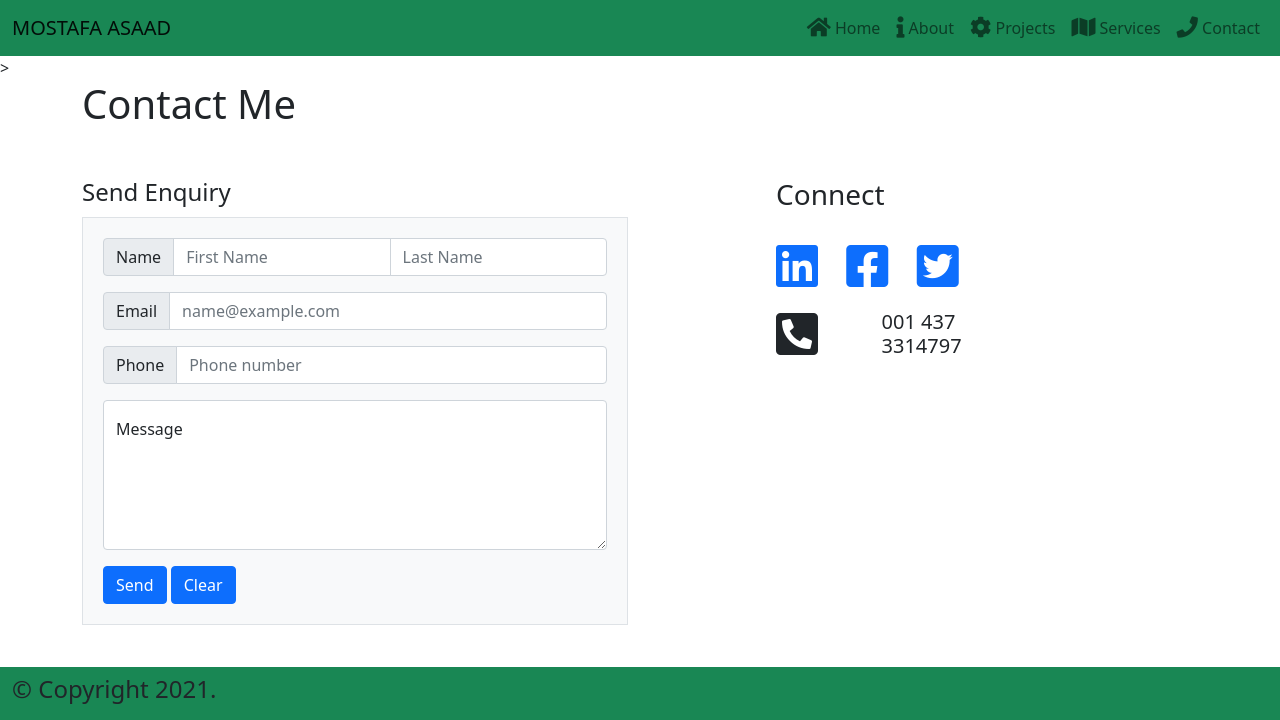
Repository: Mostafa-Asaad/Portfolio
Page: http://localhost/contact
An editor plug-in stored every save of this project. The page is shown before and after the next save, followed by the edit.
The browser window is 1280 px wide. The pictures show the whole page.
The page is served by the project's Node server (index.js). Other server files are loaded and not shown.

Above is the page before, as saved 2021-06-04 17:09:10.

### Server/Views/index.ejs
<!DOCTYPE html>
<html lang="en">
<head>
  <meta charset="UTF-8">
  <meta http-equiv="X-UA-Compatible" content="IE=edge">
  <meta name="viewport" content="width=device-width, initial-scale=1.0">
  <title><%= title %></title>
  <!-- CSS Section -->
  <link rel="stylesheet" href="/bootstrap/dist/css/bootstrap.min.css">
  <link rel="stylesheet" href="/@fortawesome/fontawesome-free/css/all.min.css">
  <link rel="stylesheet" href="/Content/app.css">
</head>
<body>
  <!-- Navigation Section -->
 <header>
  <%- include('./components/header.ejs') %>
 </header>

  <!--Main Content-->>
  <main>
    <%- include('./content/' + page + '.ejs') %>
  </main>

  <!-- Bottom Nav -->
  <footer>
    <%- include('./components/footer.ejs') %>
  </footer>

  <!-- JavaScript Section -->
  <script src="/jquery/dist/jquery.min.js"></script>
  <script src="/bootstrap/dist/js/bootstrap.min.js"></script>
  <script src="/Scripts/app.js"></script>
</body>
</html>

### Server/Views/components/header.ejs
<nav class="navbar navbar-expand-lg navbar-light bg-success">
    <div class="container-fluid">
      <a class="navbar-brand" href="#">MOSTAFA ASAAD</a>
      <button class="navbar-toggler" type="button" data-bs-toggle="collapse" data-bs-target="#navbarSupportedContent" aria-controls="navbarSupportedContent" aria-expanded="false" aria-label="Toggle navigation">
        <span class="navbar-toggler-icon"></span>
      </button>
      <div class="collapse navbar-collapse" id="navbarSupportedContent">
        <ul class="navbar-nav ms-auto mb-2 mb-lg-0">
          <li class="nav-item">
            <a class="nav-link" href="/home"><i class="fas fa-home fa-lg"></i> Home</a>
          </li>
          <li class="nav-item">
            <a class="nav-link" href="/about"><i class="fas fa-info fa-lg"></i> About</a>
          </li>
          <li class="nav-item">
            <a class="nav-link" href="/projects"><i class="fas fa-cog fa-lg"></i> Projects</a>
          </li>
          <li class="nav-item">
            <a class="nav-link" href="/services"><i class="fas fa-map fa-lg"></i> Services</a>
          </li>
          <li class="nav-item">
            <a class="nav-link" href="/contact"><i class="fas fa-phone fa-lg"></i> Contact</a>
          </li>
        </ul>
      </div>
    </div>
  </nav>

### Server/Views/content/contact.ejs

<!-- Page Title -->
<div class="container" style= "margin-bottom:50px;" >
  <h1>Contact Me</h1>
</div>

<!-- Message form -->

<div class="container">
  <div class="row align-items-start">
    <div class="col-6">
      <div style= "margin-bottom:10px;">
       <h4>Send Enquiry</h4>
      </div>
      <div class="col border border-bottom rounded-lg bg-light">
       <div style= "margin:20px;">
    <!-- First and last name -->
          <div class="input-group mb-3"  >
            <span class="input-group-text">Name</span>
            <input type="text" placeholder="First Name" aria-label="First name" class="form-control">
            <input type="text" placeholder="Last Name" aria-label="Last name" class="form-control">
          </div>
    <!-- email Form -->
          <div class="input-group flex-nowrap mb-3">
            <span class="input-group-text" id="addon-wrapping">Email</span>
            <input type="text" class="form-control" placeholder="name@example.com" aria-label="email address" aria-describedby="addon-wrapping">
           </div>
    <!-- Phone number -->
          <div class="input-group mb-3">
            <span class="input-group-text" id="inputGroup-sizing-default">Phone</span>
            <input type="text" placeholder="Phone number" class="form-control" aria-label="Sizing example input" aria-describedby="inputGroup-sizing-default">
          </div>
    <!-- Comments -->
          <div class="form-floating mb-3">
            <textarea class="form-control" placeholder="Leave a comment here" id="floatingTextarea2" style="height: 150px"></textarea>
            <label for="floatingTextarea2">Message</label>
          </div>
    <!-- Click Buttons -->
          <input class="btn btn-primary" type="submit" value="Send" >
          <input class="btn btn-primary" type="submit" value="Clear" >
        </div>
      </div>
    </div>
  <!-- Connect Buttons -->
    <div class="col">
      <div class="container-fluid ">
        <div style= "margin-left:100px;">
          <div style= "margin-bottom:30px;">
            <h3>Connect</h3>
          </div>
          <div class="row align-items-start" style= "margin-bottom:20px;">
            <div class="col-2">
              <a class="link" href="https://www.linkedin.com/in/mostafa-asaad/"><i class="fab fa-linkedin fa-3x"></i></a>
            </div>
            <div class="col-2">
              <a class="link" href="https://www.facebook.com/"><i class="fab fa-facebook-square fa-3x"></i></a>
            </div>
            <div class="col-2">
              <a class="link" href="https://twitter.com/Moe_Asd"><i class="fab fa-twitter-square fa-3x"></i></a>
            </div>
          </div>
          <div class="row align-items-start" style= "margin-bottom:20px;">
            <div class="col-3 margin-bottom:30px">
              <i class="fas fa-phone-square-alt fa-3x"></i>
            </div>
            <div class="col-3 margin-bottom:30px">
              <h5>001 437 3314797</h5>
            </div>
          </div>
        </div>
      </div>
    </div>
  </div>
 </div>

### Server/Views/components/footer.ejs
<nav class="navbar fixed-bottom navbar-success bg-success">
    <div class="container-fluid">
      <h4>&copy; Copyright 2021.</h4>
    </div>
  </nav>

### index.js
#!/usr/bin/env node
"use strict";
var __importDefault = (this && this.__importDefault) || function (mod) {
    return (mod && mod.__esModule) ? mod : { "default": mod };
};
Object.defineProperty(exports, "__esModule", { value: true });
const app_1 = __importDefault(require("./Server/Config/app"));
const debug_1 = __importDefault(require("debug"));
debug_1.default('week-4d:server');
const http_1 = __importDefault(require("http"));
let port = normalizePort(process.env.PORT || '3000');
app_1.default.set('port', port);
let server = http_1.default.createServer(app_1.default);
server.listen(port);
server.on('error', onError);
server.on('listening', onListening);
function normalizePort(val) {
    let port = parseInt(val, 10);
    if (isNaN(port)) {
        return val;
    }
    if (port >= 0) {
        return port;
    }
    return false;
}
function onError(error) {
    if (error.syscall !== 'listen') {
        throw error;
    }
    var bind = typeof port === 'string'
        ? 'Pipe ' + port
        : 'Port ' + port;
    switch (error.code) {
        case 'EACCES':
            console.error(bind + ' requires elevated privileges');
            process.exit(1);
            break;
        case 'EADDRINUSE':
            console.error(bind + ' is already in use');
            process.exit(1);
            break;
        default:
            throw error;
    }
}
function onListening() {
    let addr = server.address();
    let bind = typeof addr === 'string'
        ? 'pipe ' + addr
        : 'port ' + addr.port;
    debug_1.default('Listening on ' + bind);
}
//# sourceMappingURL=index.js.map

### Server/Routes/index.js
"use strict";
var __importDefault = (this && this.__importDefault) || function (mod) {
    return (mod && mod.__esModule) ? mod : { "default": mod };
};
Object.defineProperty(exports, "__esModule", { value: true });
const express_1 = __importDefault(require("express"));
const router = express_1.default.Router();
exports.default = router;
router.get('/', function (req, res, next) {
    res.render('index', { title: 'Home', page: 'home' });
});
router.get('/home', function (req, res, next) {
    res.render('index', { title: 'Home', page: 'home' });
});
router.get('/about', function (req, res, next) {
    res.render('index', { title: 'About Us', page: 'about' });
});
router.get('/projects', function (req, res, next) {
    res.render('index', { title: 'Our Projects', page: 'projects' });
});
router.get('/services', function (req, res, next) {
    res.render('index', { title: 'Our Services', page: 'services' });
});
router.get('/contact', function (req, res, next) {
    res.render('index', { title: 'Contact Us', page: 'contact' });
});
//# sourceMappingURL=index.js.map

### Client/Content/app.css
/* your custom css goes here */

### Client/Scripts/app.js
"use strict";
(function () {
    function Start() {
        console.log("App Started");
    }
    window.addEventListener("load", Start);
})();
//# sourceMappingURL=app.js.map

After the next save:
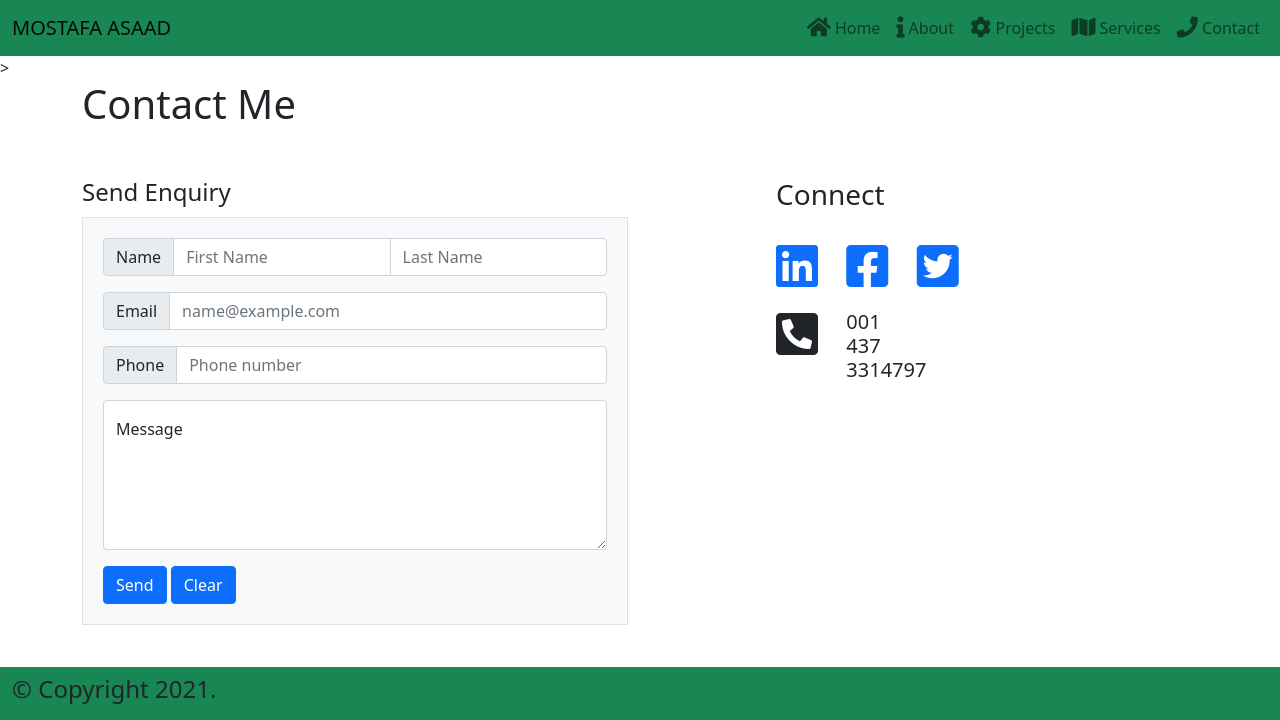
Saved 12 s later.
--- a/Server/Views/content/contact.ejs
+++ b/Server/Views/content/contact.ejs
@@ -60,10 +60,10 @@
             </div>
           </div>
           <div class="row align-items-start" style= "margin-bottom:20px;">
-            <div class="col-3 margin-bottom:30px">
+            <div class="col-2 margin-bottom:30px">
               <i class="fas fa-phone-square-alt fa-3x"></i>
             </div>
-            <div class="col-3 margin-bottom:30px">
+            <div class="col-2 margin-bottom:30px">
               <h5>001 437 3314797</h5>
             </div>
           </div>
